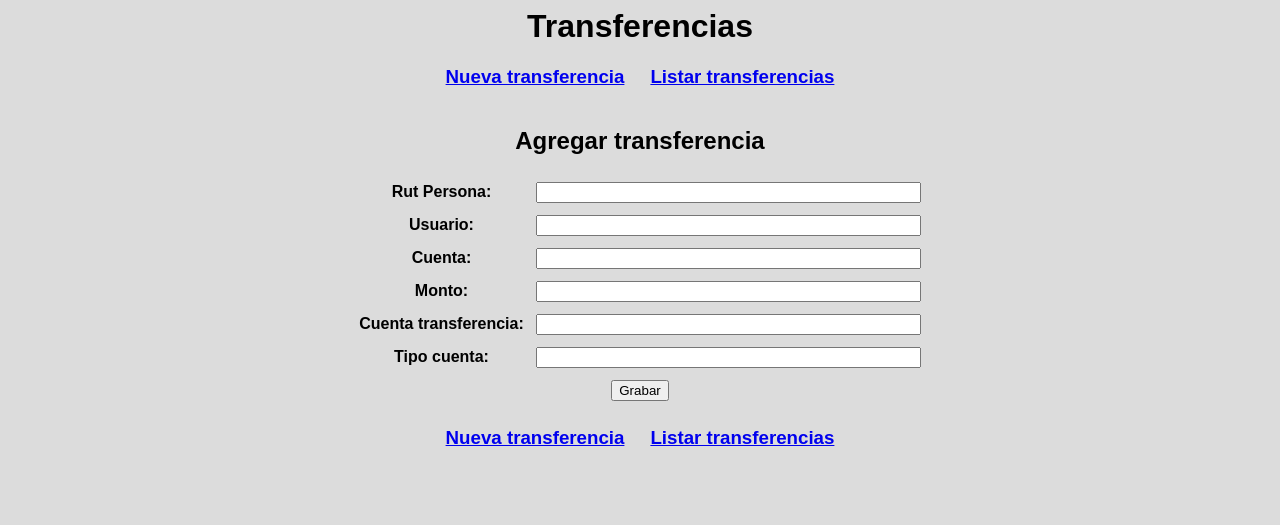
Repository: miguelalvarezcl/examen
Page: http://localhost/CtaCorriente/newtransferencia
These files come from the project's save history. The page is drawn as it stood at one moment and after the next save; the edit follows.
The browser window is 1280 px wide. The pictures show the whole page.
The page is served by Tomcat 9. Other server files are loaded and not shown.

Above is the page before, as saved 2021-11-13 22:46:11.

### CtaCorriente/WebContent/FormularioTransferencia.jsp
<%@ page language="java" contentType="text/html; charset=UTF-8"
    pageEncoding="UTF-8"%>
<%@ taglib uri = "http://java.sun.com/jsp/jstl/core" prefix = "c" %>
<html>
<head>
    <title>:::... Banco Platinum ...:::</title>
</head>
<body>

    <center>
        <h1>Transferencias</h1>

    <h3>
            <a href="/CtaCorriente/newtransferencia">Nueva transferencia</a>
            &nbsp;&nbsp;&nbsp;
            <a href="/CtaCorriente/listTransferencia">Listar transferencias</a>

    </h3>

    </center>
    <div align="center">
        <c:if test="${transferencia != null}">
            <form action="updatetransferencia" method="post">
        </c:if>
        <c:if test="${transferencia == null}">
            <form action="inserttransferencia" method="post">
        </c:if>
        <table border="0" cellpadding="5">
            <caption>
                <h2>
                    <c:if test="${transferencia != null}">
                        Editar transferencia
                    </c:if>
                    <c:if test="${transferencia == null}">
                        Agregar transferencia
                    </c:if>
                </h2>
            </caption>
                <c:if test="${transferencia != null}">
                    <input type="hidden" name="id" value="${transferencia.id}" />
                </c:if>
            <tr>
                <th>Rut Persona: </th>
                <td>
                    <input type="text" name="rutpersona" size="45"
                            value="${transferencia.rutpersona}"
                        />
                </td>
            </tr>
            <tr>
                <th>Usuario: </th>
                <td>
                    <input type="text" name="idusuario" size="45"
                            value="${transferencia.idusuario}"
                    />
                </td>
            </tr>
            <tr>
                <th>Cuenta: </th>
                <td>
                    <input type="text" name="idcuenta" size="45"
                            value="${transferencia.idcuenta}"
                    />
                </td>
            </tr>

            <tr>
                <th>Monto: </th>
                <td>
                    <input type="text" name="montotransferencia" size="45"
                            value="${transferencia.montotransferencia}"
                    />
                </td>
            </tr>

            <tr>
                <th>Cuenta transferencia: </th>
                <td>
                    <input type="text" name="cuentatransferencia" size="45"
                            value="${transferencia.cuentatransferencia}"
                    />
                </td>
            </tr>

            <tr>
                <th>Tipo cuenta: </th>
                <td>
                    <input type="text" name="tipocuenta" size="45"
                            value="${transferencia.tipocuenta}"
                    />
                </td>
            </tr>


            <tr>
                <td colspan="2" align="center">
                    <input type="submit" value="Grabar" />
                </td>
            </tr>
        </table>
        </form>
    </div>
        <center>
    <h3>
            <a href="/CtaCorriente/newtransferencia">Nueva transferencia</a>
            &nbsp;&nbsp;&nbsp;
            <a href="/CtaCorriente/listTransferencia">Listar transferencias</a>

    </h3>
        </center>
</body>
</html>

<style>
body{
	font-family: arial, helvetica;
	background: #DCDCDC;
}
</style>

### CtaCorriente/src/com/platinum/ControllerServlet.java
package com.platinum;

import java.io.IOException;
import java.sql.SQLException;
import java.util.List;

import javax.servlet.RequestDispatcher;
import javax.servlet.ServletException;
import javax.servlet.http.HttpServlet;
import javax.servlet.http.HttpServletRequest;
import javax.servlet.http.HttpServletResponse;


public class ControllerServlet extends HttpServlet {
    private static final long serialVersionUID = 1L;
    private UsuariobdDAO usuariobdDAO;
    private PersonabdDAO personabdDAO;
    private CuentabdDAO cuentabdDAO;
    private TransferenciaDAO transferenciaDAO;

    public void init() {
        String jdbcURL = getServletContext().getInitParameter("jdbcURL");
        String jdbcUsername = getServletContext().getInitParameter("jdbcUsername");
        String jdbcPassword = getServletContext().getInitParameter("jdbcPassword");

        usuariobdDAO = new UsuariobdDAO(jdbcURL, jdbcUsername, jdbcPassword);
        personabdDAO = new PersonabdDAO(jdbcURL, jdbcUsername, jdbcPassword);
        cuentabdDAO = new CuentabdDAO(jdbcURL, jdbcUsername, jdbcPassword);
        transferenciaDAO = new TransferenciaDAO(jdbcURL, jdbcUsername, jdbcPassword);

    }

    protected void doPost(HttpServletRequest request, HttpServletResponse response)
            throws ServletException, IOException {
        doGet(request, response);
    }

    protected void doGet(HttpServletRequest request, HttpServletResponse response)
            throws ServletException, IOException {
        String action = request.getServletPath();

        try {
            switch (action) {
            case "/new":
                showNewForm(request, response);
                break;
            case "/newpersona":
                showNewFormPersona(request, response);
                break;

            case "/newcuenta":
                showNewFormCuenta(request, response);
                break;

            case "/newtransferencia":
                showNewFormTransferencia(request, response);
                break;

            case "/insert":
                insertUsuariobd(request, response);
                break;

            case "/insertpersona":
                insertPersonabd(request, response);
                break;

            case "/insertcuenta":
                insertCuentabd(request, response);
                break;

            case "/inserttransferencia":
                insertTransferencia(request, response);
                break;
            case "/deletecuenta":
                deleteCuentabd(request, response);
                break;

            case "/deletepersona":
                deletePersonabd(request, response);
                break;
            case "/delete":
                deleteUsuariobd(request, response);
                break;
            case "/editpersona":
                showEditFormPersona(request, response);
                break;

            case "/editcuenta":
                showEditFormCuenta(request, response);
                break;

            case "/edit":
                showEditForm(request, response);
                break;
            case "/update":
                updateUsuariobd(request, response);
                break;
            case "/updatepersona":
                updatePersonabd(request, response);
                break;

            case "/updatecuenta":
                updateCuentabd(request, response);
                break;


            case "/listPersonabd":
            	listPersonabd(request, response);
                break;

            case "/listCuentabd":
            	//System.out.println("1");
            	listCuentabd(request, response);
                break;
            case "/listTransferencia":
            	listTransferencia(request, response);
                break;
            default:
                listUsuariobd(request, response);
                break;
            }
        } catch (SQLException ex) {
            throw new ServletException(ex);
        }
    }



    private void listTransferencia(HttpServletRequest request, HttpServletResponse response)
            throws SQLException, IOException, ServletException {


        List<Transferencia> listTransferencia = transferenciaDAO.listAllTransferencia();

        request.setAttribute("listTransferencia", listTransferencia);
        RequestDispatcher dispatcher = request.getRequestDispatcher("ListaTransferencia.jsp");
        dispatcher.forward(request, response);
    }

    private void listCuentabd(HttpServletRequest request, HttpServletResponse response)
            throws SQLException, IOException, ServletException {


        List<Cuentabd> listCuentabd = cuentabdDAO.listAllCuentabd();

        request.setAttribute("listCuentabd", listCuentabd);
        RequestDispatcher dispatcher = request.getRequestDispatcher("ListaCuentas.jsp");
        dispatcher.forward(request, response);
    }

    private void listPersonabd(HttpServletRequest request, HttpServletResponse response)
            throws SQLException, IOException, ServletException {

        List<Personabd> listPersonabd = personabdDAO.listAllPersonabd();

        request.setAttribute("listPersonabd", listPersonabd);
        RequestDispatcher dispatcher = request.getRequestDispatcher("ListaPersonas.jsp");
        dispatcher.forward(request, response);
    }

    private void listUsuariobd(HttpServletRequest request, HttpServletResponse response)
            throws SQLException, IOException, ServletException {
        List<Usuariobd> listUsuariobd = usuariobdDAO.listAllUsuariosbd();
        request.setAttribute("listUsuariobd", listUsuariobd);
        RequestDispatcher dispatcher = request.getRequestDispatcher("ListaUsuarios.jsp");
        dispatcher.forward(request, response);
    }


    private void showNewForm(HttpServletRequest request, HttpServletResponse response)
            throws ServletException, IOException {
        RequestDispatcher dispatcher = request.getRequestDispatcher("FormularioUsuario.jsp");
        dispatcher.forward(request, response);
    }

    private void showNewFormPersona(HttpServletRequest request, HttpServletResponse response)
            throws ServletException, IOException {
        RequestDispatcher dispatcher = request.getRequestDispatcher("FormularioPersona.jsp");
        dispatcher.forward(request, response);
    }

    private void showNewFormCuenta(HttpServletRequest request, HttpServletResponse response)
            throws ServletException, IOException {
        RequestDispatcher dispatcher = request.getRequestDispatcher("FormularioCuenta.jsp");
        dispatcher.forward(request, response);
    }

    private void showNewFormTransferencia(HttpServletRequest request, HttpServletResponse response)
            throws ServletException, IOException {
        RequestDispatcher dispatcher = request.getRequestDispatcher("FormularioTransferencia.jsp");
        dispatcher.forward(request, response);
    }


    private void showEditForm(HttpServletRequest request, HttpServletResponse response)
            throws SQLException, ServletException, IOException {
        int id = Integer.parseInt(request.getParameter("id"));
        Usuariobd existingUsuariobd = usuariobdDAO.getUsuariobd(id);
        RequestDispatcher dispatcher = request.getRequestDispatcher("FormularioUsuario.jsp");
        request.setAttribute("usuariobd", existingUsuariobd);
        dispatcher.forward(request, response);

    }

    private void showEditFormPersona(HttpServletRequest request, HttpServletResponse response)
            throws SQLException, ServletException, IOException {
        String rut = request.getParameter("rut");
        Personabd existingPersonabd = personabdDAO.getPersonabd(rut);
        RequestDispatcher dispatcher = request.getRequestDispatcher("FormularioPersona.jsp");
        request.setAttribute("personabd", existingPersonabd);
        dispatcher.forward(request, response);


    }

    private void showEditFormCuenta(HttpServletRequest request, HttpServletResponse response)
            throws SQLException, ServletException, IOException {
        int id = Integer.parseInt(request.getParameter("id"));
        Cuentabd existingCuentabd = cuentabdDAO.getCuentabd(id);
        RequestDispatcher dispatcher = request.getRequestDispatcher("FormularioCuenta.jsp");
        request.setAttribute("cuentabd", existingCuentabd);
        dispatcher.forward(request, response);


    }

    private void insertUsuariobd(HttpServletRequest request, HttpServletResponse response)
            throws SQLException, IOException {
        String nombreusuario = request.getParameter("nombreusuario");
        String password = request.getParameter("password");


        Usuariobd newUsuariobd = new Usuariobd(nombreusuario, password);
        usuariobdDAO.insertUsuariobd(newUsuariobd);
        response.sendRedirect("list");
    }

    private void insertPersonabd(HttpServletRequest request, HttpServletResponse response)
            throws SQLException, IOException {
    	String rut = request.getParameter("rut");
        String nombre = request.getParameter("nombre");
        String apellido = request.getParameter("apellido");
        String direccion = request.getParameter("direccion");
        String correo = request.getParameter("correo");
        String telefono = request.getParameter("telefono");

        Personabd newPersonabd = new Personabd(rut,nombre, apellido,direccion,correo,telefono);
        personabdDAO.insertPersonabd(newPersonabd);
        response.sendRedirect("listPersonabd");
    }

    private void insertTransferencia(HttpServletRequest request, HttpServletResponse response)
            throws SQLException, IOException {
        String rutpersona = request.getParameter("rutpersona");
        int idusuario = Integer.parseInt(request.getParameter("idusuario"));
        int idcuenta = Integer.parseInt(request.getParameter("idcuenta"));
        int montotransferencia = Integer.parseInt(request.getParameter("montotransferencia"));
        int cuentatransferencia = Integer.parseInt(request.getParameter("cuentatransferencia"));
        String tipocuenta = request.getParameter("tipocuenta");

        Transferencia newTransferencia = new Transferencia(rutpersona, idusuario,idcuenta,montotransferencia,cuentatransferencia,tipocuenta);
        transferenciaDAO.insertTransferencia(newTransferencia);
        response.sendRedirect("listTransferencia");
    }

    private void insertCuentabd(HttpServletRequest request, HttpServletResponse response)
            throws SQLException, IOException {
        String rutcliente = request.getParameter("rutcliente");
        String monto = request.getParameter("monto");
        String ejecutivo = request.getParameter("ejecutivo");

        Cuentabd newCuentabd = new Cuentabd(rutcliente, monto,ejecutivo);
        cuentabdDAO.insertCuentabd(newCuentabd);
        response.sendRedirect("listCuentabd");
    }


    private void updatePersonabd(HttpServletRequest request, HttpServletResponse response)
            throws SQLException, IOException {
        String rut = request.getParameter("rut");
        String nombre = request.getParameter("nombre");
        String apellido = request.getParameter("apellido");
        String direccion = request.getParameter("direccion");
        String correo = request.getParameter("correo");
        String telefono = request.getParameter("telefono");


        Personabd personabd = new Personabd(rut, nombre, apellido,direccion,correo,telefono);
        personabdDAO.updatePersonabd(personabd);
        response.sendRedirect("listPersonabd");
    }


    private void updateCuentabd(HttpServletRequest request, HttpServletResponse response)
            throws SQLException, IOException {
    	System.out.println("paso");

        String rutcliente = request.getParameter("rutcliente");
        String monto = request.getParameter("monto");
        String ejecutivo = request.getParameter("ejecutivo");
        int id = Integer.parseInt(request.getParameter("id"));
        Cuentabd cuentabd = new Cuentabd(id, rutcliente, monto , ejecutivo);
        System.out.println("paso2");
        cuentabdDAO.updateCuentabd(cuentabd);
        response.sendRedirect("listCuentabd");
    }


    private void updateUsuariobd(HttpServletRequest request, HttpServletResponse response)
            throws SQLException, IOException {
        int id = Integer.parseInt(request.getParameter("id"));
        String nombreusuario = request.getParameter("nombreusuario");
        String password = request.getParameter("password");


        Usuariobd usuariobd = new Usuariobd(id, nombreusuario, password);
        usuariobdDAO.updateUsuariobd(usuariobd);
        response.sendRedirect("list");
    }

    private void deleteUsuariobd(HttpServletRequest request, HttpServletResponse response)
            throws SQLException, IOException {
        int id = Integer.parseInt(request.getParameter("id"));

        Usuariobd usuariobd = new Usuariobd(id);
        usuariobdDAO.deleteUsuariobd(usuariobd);
        response.sendRedirect("list");

    }

    private void deletePersonabd(HttpServletRequest request, HttpServletResponse response)
            throws SQLException, IOException {
        String rut = request.getParameter("rut");

        Personabd personabd = new Personabd(rut);
        personabdDAO.deletePersonabd(personabd);
        response.sendRedirect("listPersonabd");
    }


    private void deleteCuentabd(HttpServletRequest request, HttpServletResponse response)
            throws SQLException, IOException {
        int id = Integer.parseInt(request.getParameter("id"));

        Cuentabd cuentabd = new Cuentabd(id);
        cuentabdDAO.deleteCuentabd(cuentabd);
        response.sendRedirect("listCuentabd");
    }



}

After the next save:
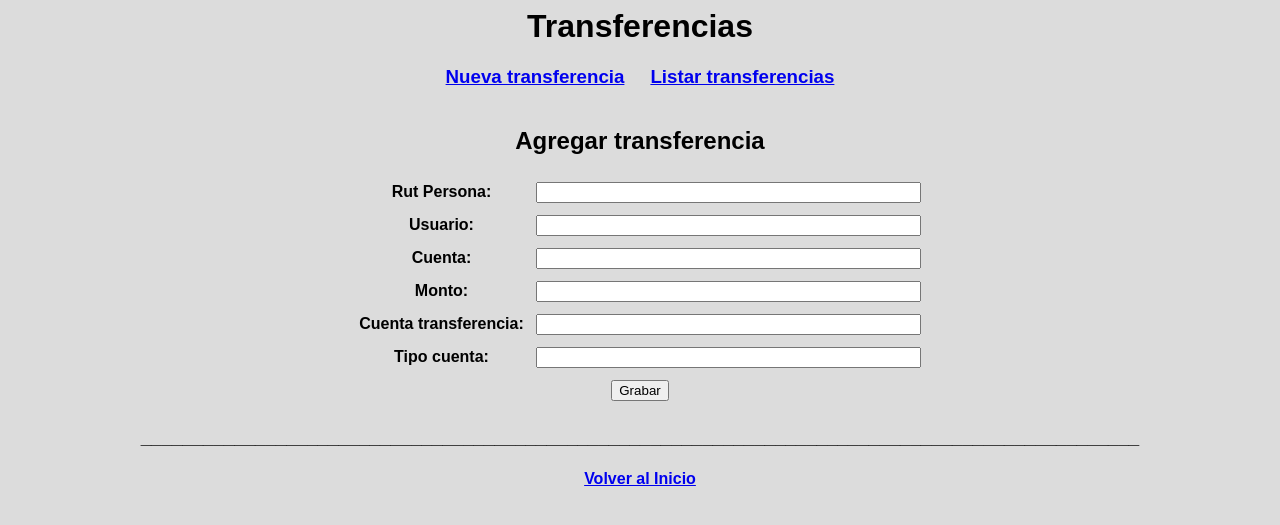
Saved 40 s later.
--- a/CtaCorriente/WebContent/FormularioTransferencia.jsp
+++ b/CtaCorriente/WebContent/FormularioTransferencia.jsp
@@ -101,12 +101,10 @@
         </form>
     </div>
         <center>
-    <h3>
-            <a href="/CtaCorriente/newtransferencia">Nueva transferencia</a>
-            &nbsp;&nbsp;&nbsp;
-            <a href="/CtaCorriente/listTransferencia">Listar transferencias</a>
-
-    </h3>
+        <h3>________________________________________________________________________________________________</h3>
+        <h4>
+            <a href="/CtaCorriente/home.jsp">Volver al Inicio</a>
+        </h4>
         </center>
 </body>
 </html>
